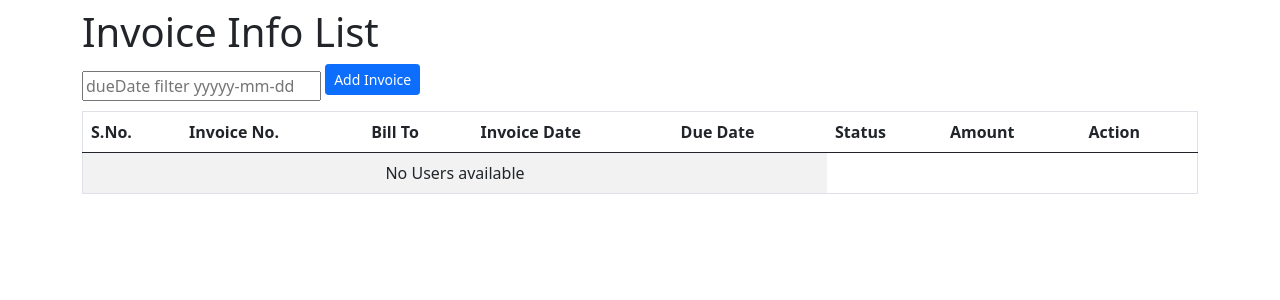
Repository: Aayush13013/Invoice_Management_app
Page: http://localhost/invoiceInfo/WEB-INF/jsp/Home.jsp
These files come from the project's save history. The page is drawn as it stood at one moment and after the next save; the edit follows.
The browser window is 1280 px wide. The pictures show the whole page.
The page is served by Tomcat 9. Nobody is signed in. Other server files are loaded and not shown. The template is opened directly, without the code that normally fills it, so the values that code supplies are empty.

Above is the page before, as saved 2021-12-28 17:45:05.

### invoiceInfo/invoiceInfo/src/main/webapp/WEB-INF/jsp/Home.jsp
<%@ page language="java" contentType="text/html; charset=ISO-8859-1"
	pageEncoding="ISO-8859-1"%>
<%@ taglib prefix="form" uri="http://www.springframework.org/tags/form"%>

<%@ taglib prefix="c" uri="http://java.sun.com/jsp/jstl/core"%>
<%@ taglib uri="http://www.springframework.org/tags" prefix="s"%>

<!doctype html>
<html lang="en" xmlns:th="http://www.thymeleaf.org">
<head>
<meta charset="UTF-8">
<meta name="viewport"
	content="width=device-width, user-scalable=no, initial-scale=1.0, maximum-scale=1.0, minimum-scale=1.0">
<meta http-equiv="X-UA-Compatible" content="ie=edge">
<title>Invoice Info List</title>
<link
	href="https://cdn.jsdelivr.net/npm/bootstrap@5.0.2/dist/css/bootstrap.min.css"
	rel="stylesheet"
	integrity="sha384-EVSTQN3/azprG1Anm3QDgpJLIm9Nao0Yz1ztcQTwFspd3yD65VohhpuuCOmLASjC"
	crossorigin="anonymous">
</head>
<body>
	<%-- <c:set value="${invoiceInfoList}" var="userPageList" /> --%>
	<div class="container my-2">
		<h1>Invoice Info List</h1>
		<input type="text" id="myInput" onkeyup="searchFunction()" placeholder="dueDate filter yyyyy-mm-dd">
		<a href="http://localhost:9191/openNewInvoiceInfoForm"
			class="btn btn-primary btn-sm mb-3">Add Invoice</a>
		<table border="1" class="table table-striped table-responsive-md" >
			<thead>
				<tr>
					<th>S.No.</th>
					<th>Invoice No.</th>
					<th>Bill To</th>
					<th>Invoice Date</th>
					<th>Due Date</th>
					<th>Status</th>
					<th>Amount</th>
					<th>Action</th>
				</tr>
			</thead>

			<tbody id="searchMe">


				<c:choose>
					<c:when test="${data.size() > 0 }">
						<c:forEach var="invoiceInfo" items="${data}">
							<tr >
								<td>${invoiceInfo.id}</td>
								<td>${invoiceInfo.invoiceNo}</td>
								<td>${invoiceInfo.billTo}</td>
								<td>${invoiceInfo.invoiceDate}</td>
								<td>${invoiceInfo.dueDate}</td>
								<td>${invoiceInfo.status}</td>
								<td>${invoiceInfo.grandTotal}</td>
								<td><a
									href="http://localhost:9191/editInvoiceForm/${invoiceInfo.id}"
									class="btn btn-primary">Edit</a> <a
									href="http://localhost:9191/deleteInvoiceByid/${invoiceInfo.id}"
									class="btn btn-danger">Delete</a></td>

							</tr>
						</c:forEach>
					</c:when>
					<c:otherwise>
						<tr align="center">
							<td colspan="5">No Users available</td>
						</tr>
					</c:otherwise>
				</c:choose>

				<%-- <c:if test="${data.size() > 0 }">
					<div class="panel-footer">

						<ul class="pagination">
							<c:forEach begin="0" end="${totalPages-1}" var="page">
								<li class="page-item"><a
									href="showInvoice?page=${page}&size=5" class="page-link">${page+1}</a>
								</li>
							</c:forEach>
						</ul>
					</div>
				</c:if> --%>


			</tbody>
			<%-- <tbody>
				<c:forEach var="invoiceInfo" items="${InvoiceInfoList}">
					<tr>
						<td>${invoiceInfo.id}</td>
						<td>${invoiceInfo.invoiceNo}</td>
						<td>${invoiceInfo.billTo}</td>
						<td>${invoiceInfo.invoiceDate}</td>
						<td>${invoiceInfo.dueDate}</td>
						<td>${invoiceInfo.status}</td>
						<td>${invoiceInfo.grandTotal}</td>

						<td><a
							href="http://localhost:9191/editInvoiceForm/${invoiceInfo.id}"
							class="btn btn-primary">Edit</a> <a
							href="http://localhost:9191/deleteInvoiceByid/${invoiceInfo.id}"
							class="btn btn-danger">Delete</a></td>
					</tr>
				</c:forEach>
			</tbody> --%>
		</table>




	</div>
	<script type="text/javascript">


	function searchFunction() {

		  var input, filter, table, tr, td, i, txtValue;
		  input = document.getElementById("myInput");
		  filter = input.value.toUpperCase();
		  table = document.getElementById("searchMe");
		  tr = table.getElementsByTagName("tr");


		  for (i = 0; i < tr.length; i++) {
		    td = tr[i].getElementsByTagName("td")[4];
		    if (td) {
		      txtValue = td.textContent || td.innerText;
		      if (txtValue.toUpperCase().indexOf(filter) > -1) {
		        tr[i].style.display = "";
		      } else {
		        tr[i].style.display = "none";
		      }
		    }
		  }
		}



	</script>
</body>
</html>

After the next save:
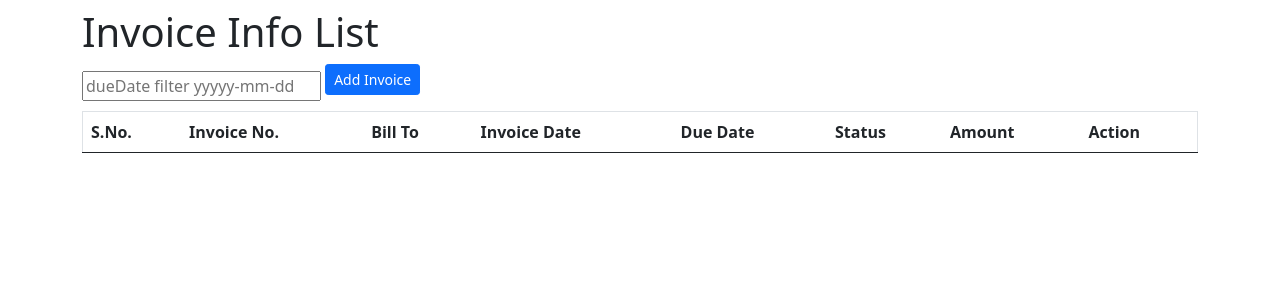
Saved 29 s later.
--- a/invoiceInfo/invoiceInfo/src/main/webapp/WEB-INF/jsp/Home.jsp
+++ b/invoiceInfo/invoiceInfo/src/main/webapp/WEB-INF/jsp/Home.jsp
@@ -43,7 +43,7 @@
 			<tbody id="searchMe">
 
 
-				<c:choose>
+				<%-- <c:choose>
 					<c:when test="${data.size() > 0 }">
 						<c:forEach var="invoiceInfo" items="${data}">
 							<tr >
@@ -69,7 +69,7 @@
 						</tr>
 					</c:otherwise>
 				</c:choose>
-
+ --%>
 				<%-- <c:if test="${data.size() > 0 }">
 					<div class="panel-footer">
 
